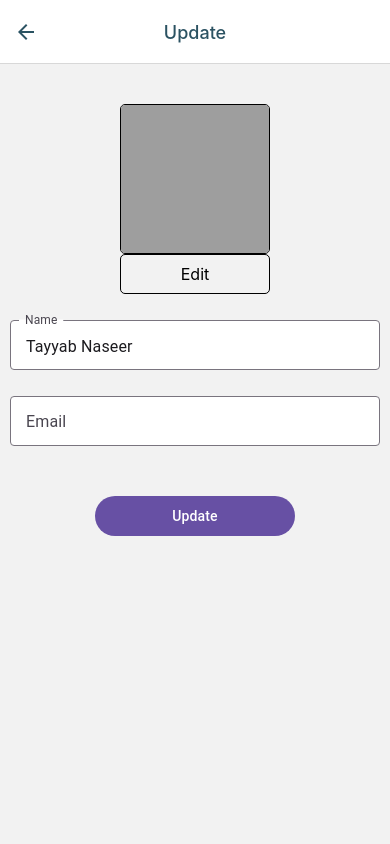
Repository: SaudCh/Expo-Pethub
Screen: /UpdateProfile
An editor plug-in stored every save of this project. The screen is shown before and after the next save, followed by the edit.
Pictures or frames that could not be fetched are drawn as grey boxes. The app was drawn by React Native's web renderer in a window 390 px wide. The project was rebuilt for these pictures with package versions that can differ from the ones it lists, and the page was loaded fresh each time. Also part of the build but not shown: Screens/Signup.js, Screens/Home.js, Screens/Profile.js, Components/Avatar.js.

Above is the screen before, as saved 2022-11-15 00:40:29.

### App.js
import { StatusBar } from 'expo-status-bar';
import 'react-native-gesture-handler';
import { StyleSheet, Text, View } from 'react-native';
import { Provider as PaperProvider } from 'react-native-paper';
import AppNavigator from './Components/Navigator';

export default function App() {
  return (
    <PaperProvider>
      <AppNavigator />
    </PaperProvider>
  );
}

const styles = StyleSheet.create({
  container: {
    flex: 1,
    backgroundColor: '#fff',
    alignItems: 'center',
    justifyContent: 'center',
  },
});

### Components/Navigator.js
// In App.js in a new project

import * as React from 'react';
import { View, Text } from 'react-native';
import { NavigationContainer } from '@react-navigation/native';
import { createNativeStackNavigator } from '@react-navigation/native-stack';
import Login from '../Screens/Login';
import Signup from '../Screens/Signup';
import Home from '../Screens/Home';
import Profile from '../Screens/Profile';
import UpdateProfile from '../Screens/UpdateProfile';
import Avatar from './Avatar';

function HomeScreen() {
    return (
        <View style={{ flex: 1, alignItems: 'center', justifyContent: 'center' }}>
            <Text>Home Screen</Text>
        </View>
    );
}

const Stack = createNativeStackNavigator();

function AppNavigator() {
    return (
        <NavigationContainer>
            <Stack.Navigator>
                <Stack.Screen name="Login" component={Login} options={{
                    title: 'Login',
                    headerTintColor: "#2B5262",
                    headerTitleAlign: 'center'
                }} />

                <Stack.Screen name="Signup" component={Signup} options={{
                    title: 'Signup',
                    headerTintColor: "#2B5262",
                    headerTitleAlign: 'center'
                }} />

                <Stack.Screen name="Home" component={Home}
                    options={{
                        title: 'Home',
                        headerTintColor: "#2B5262",
                        headerTitleAlign: 'center',
                        headerRight: () => (
                            <Avatar />
                        )
                    }}
                />

                <Stack.Screen name="Profile" component={Profile} options={{
                    title: 'Profile',
                    headerTintColor: "#2B5262",
                    headerTitleAlign: 'center'
                }} />
                <Stack.Screen name="UpdateProfile" component={UpdateProfile} options={{
                    title: 'Update',
                    headerTintColor: "#2B5262",
                    headerTitleAlign: 'center',
                }} />

            </Stack.Navigator>
        </NavigationContainer>
    );
}

export default AppNavigator;

### Screens/Login.js
import { useNavigation } from "@react-navigation/native";
import React, { useState, useEffect } from "react";
import { View, Text, StyleSheet, ActivityIndicator, Alert } from 'react-native'
import { TextInput, Button } from "react-native-paper"

export default function Login() {

    const navigation = useNavigation()

    const [data, setData] = useState({
        email: '',
        password: ''
    })

    return (
        <View style={{ ...styles.body }}>
            <View style={{ ...styles.box }}>
                <View>
                    <TextInput
                        mode="outlined"
                        placeholder="Email"
                        style={{ marginBottom: 10 }}
                        value={data.email}
                        onChangeText={text => setData({ ...data, email: text })}
                    />
                </View>
                <View>
                    <TextInput
                        mode="outlined"
                        placeholder="Password"
                        value={data.password}
                        style={{ marginBottom: 10 }}
                        onChangeText={text => setData({ ...data, password: text })}
                        secureTextEntry
                    />
                </View>
                <View>
                    <Button mode="contained" onPress={() => navigation.replace('Home')} style={{ marginTop: 10 }} >
                        Login
                    </Button>

                    <Button onPress={() => navigation.navigate("Signup")} style={{ backgroundColor: 'transparent' }}>
                        <Text style={{ ...styles.bottomText }}>Switch to Signup</Text>
                    </Button>
                </View>
            </View>
        </View >
    );
}
const styles = StyleSheet.create({
    body: {
        flex: 1,
        alignItems: "center",
        justifyContent: 'center',
        backgroundColor: '#A9CCCF'
    },
    box: {
        shadowColor: "#000",
        shadowOffset: {
            width: 0,
            height: 3,
        },
        shadowOpacity: 0.27,
        shadowRadius: 4.65,
        elevation: 6,
        borderRadius: 10,

        backgroundColor: "#fff",
        padding: 20,
        width: 350
    },
    inputText: {
        fontWeight: 'bold'
    },
    bottomText: {
        fontSize: 16
    }
});

### Screens/UpdateProfile.js
import { Image, StyleSheet, Text, TouchableOpacity, View } from 'react-native'
import React, { useState } from 'react'
import { Button, TextInput } from 'react-native-paper'
import { useNavigation } from '@react-navigation/native';

export default function Profile() {
    const navigation = useNavigation();

    const [data, setData] = useState({
        firstname: 'Tayyab',
        lastname: 'Naseer',
        email: 'tayyabnaseer044@gmail.com',
        phone: "03004985781",
        city: "Lahore",
        address: "Defence Phase 2, Lahore"
    })

    return (
        <View style={{ flex: 1, margin: 10 }}>
            <View style={{ alignSelf: 'center', marginTop: 30 }}>
                <Image
                    style={styles.image}
                    source={{
                        uri: 'https://www.pngarts.com/files/6/User-Avatar-in-Suit-PNG.png',
                    }}
                />
                <TouchableOpacity onPress={() => console.log("Pressed")} style={styles.editIcon}>
                    <Text style={{ fontSize: 16 }}>Edit</Text>
                </TouchableOpacity>
            </View>

            <View style={{ marginTop: 20 }}>
                <TextInput
                    label="Name"
                    value="Tayyab Naseer"
                    mode="outlined"
                    style={{ backgroundColor: 'white' }}
                />

                <TextInput
                    label="Email"
                    value=""
                    mode="outlined"
                    style={{ backgroundColor: 'white', marginTop: 20 }}
                />


            </View>


            <Button onPress={() => navigation.goBack()} mode='contained' style={{ width: 200, alignSelf: 'center', marginTop: 50 }}>
                Update
            </Button>
        </View>
    )
}

const styles = StyleSheet.create({
    image: {
        width: 150,
        height: 150,
        alignSelf: 'center',
        resizeMode: "cover",
        borderWidth: 1,
        borderRadius: 5
    },
    editIcon: {
        width: 150,
        height: 40,
        borderWidth: 1,
        borderRadius: 5,
        alignItems: "center",
        justifyContent: "center",

    }

})

After the next save:
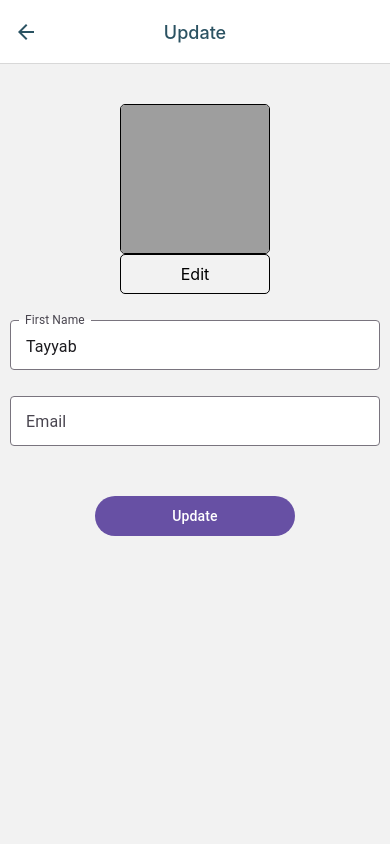
Saved 26 s later.
--- a/Screens/UpdateProfile.js
+++ b/Screens/UpdateProfile.js
@@ -31,8 +31,8 @@ export default function Profile() {
 
             <View style={{ marginTop: 20 }}>
                 <TextInput
-                    label="Name"
-                    value="Tayyab Naseer"
+                    label="First Name"
+                    value={data.firstname}
                     mode="outlined"
                     style={{ backgroundColor: 'white' }}
                 />
